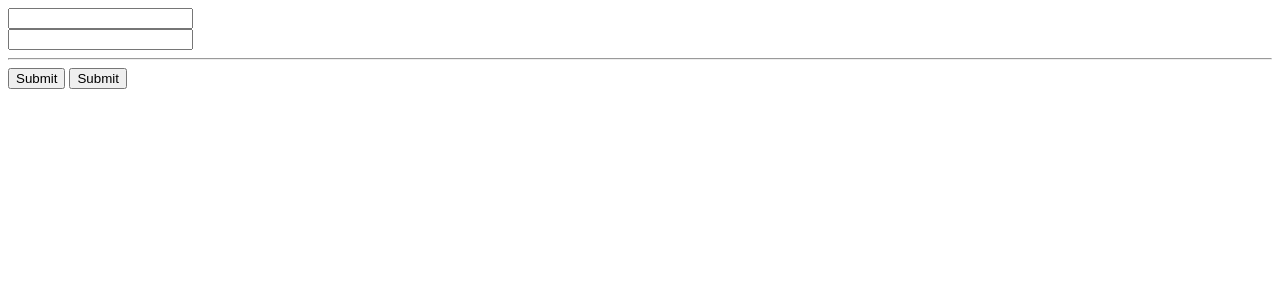
Repository: mavn2/ERS
Page: APP/ExpenseReimbursementSystem/src/main/webapp/index.html
An editor plug-in stored every save of this project. The page is shown before and after the next save, followed by the edit.
The browser window is 1280 px wide. The pictures show the whole page.

Above is the page before, as saved 2021-03-26 03:17:31.

After the next save:
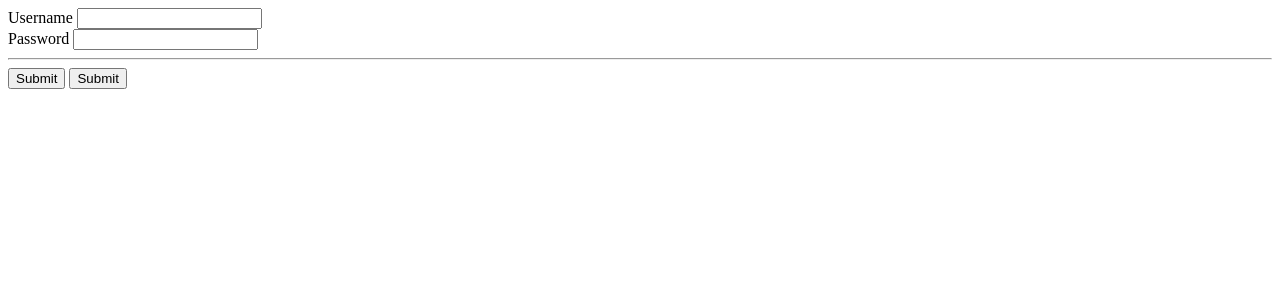
Saved 53 s later.
--- a/APP/ExpenseReimbursementSystem/src/main/webapp/index.html
+++ b/APP/ExpenseReimbursementSystem/src/main/webapp/index.html
@@ -6,8 +6,10 @@
 </head>
 <body>
 	<form action="login" method="post">
-		<input type="text" name="userName" />
+		<label for="username">Username</label>
+		<input type="text" name="username" />
 		<br/>
+		<label for="password">Password</label>
 		<input type="text" name="password" />
 		<hr/>
 		<input type="submit" name="loginE" />
